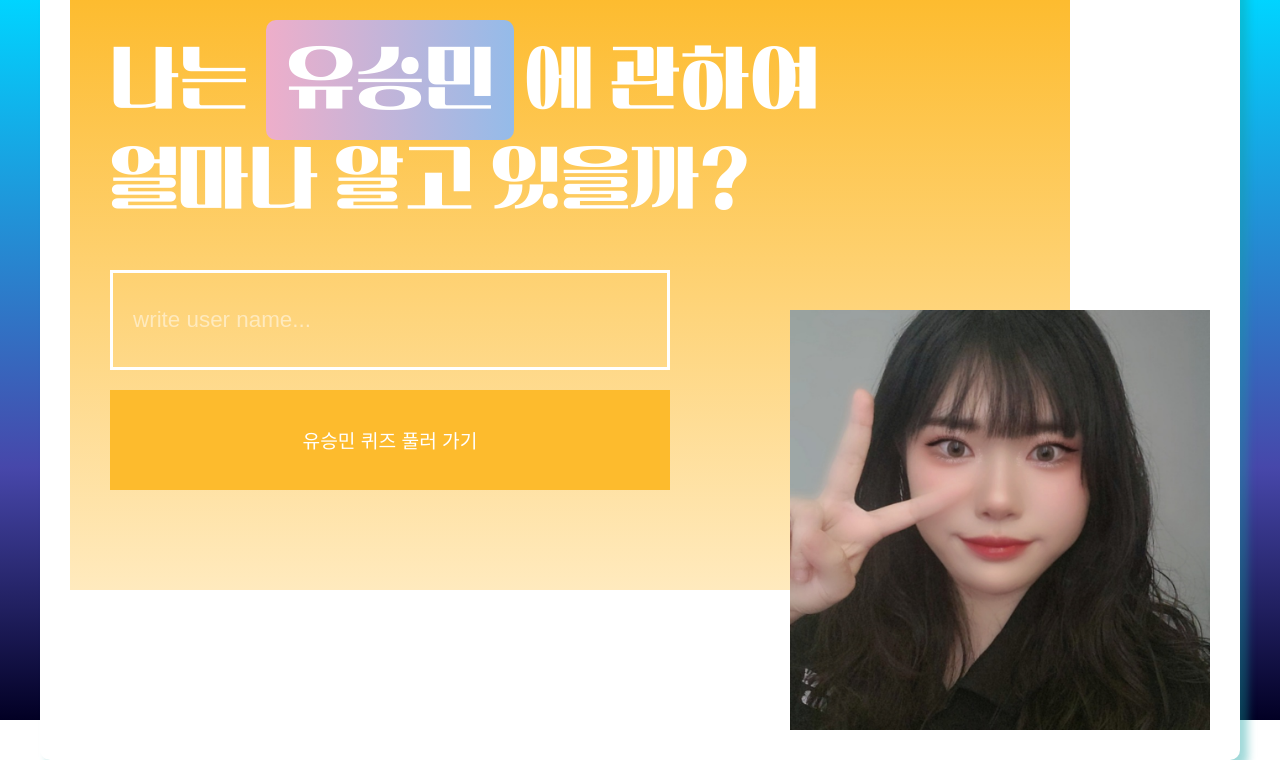
Repository: dnjfht/quiz3
Page: /
An editor plug-in stored every save of this project. The page is shown before and after the next save, followed by the edit.
The browser window is 1280 px wide. The pictures show the whole page.
The project was rebuilt for these pictures with package versions that can differ from the ones it lists, and the page was loaded fresh each time. Also part of the build but not shown: src/components/Progress.js, src/components/Quiz.js, src/components/Score.js, src/components/Message.js, src/components/Ranking.js, src/components/NotPage.js.

Above is the page before, as saved 2023-04-15 23:12:01.

### src/index.js
import React from "react";
import ReactDOM from "react-dom/client";
import "./index.css";
import App from "./App";
import reportWebVitals from "./reportWebVitals";
import { BrowserRouter } from "react-router-dom";
import { Provider } from "react-redux";
import store from "./redux/config/configStore";

const root = ReactDOM.createRoot(document.getElementById("root"));
root.render(
  <Provider store={store}>
    <BrowserRouter>
      <App />
    </BrowserRouter>
  </Provider>
);

// If you want to start measuring performance in your app, pass a function
// to log results (for example: reportWebVitals(console.log))
// or send to an analytics endpoint. Learn more: https://bit.ly/CRA-vitals
reportWebVitals();

### src/index.css
body {
  margin: 0;
  font-family: -apple-system, BlinkMacSystemFont, "Segoe UI", "Roboto", "Oxygen",
    "Ubuntu", "Cantarell", "Fira Sans", "Droid Sans", "Helvetica Neue",
    sans-serif;
  -webkit-font-smoothing: antialiased;
  -moz-osx-font-smoothing: grayscale;
}

code {
  font-family: source-code-pro, Menlo, Monaco, Consolas, "Courier New",
    monospace;
}

@font-face {
  font-family: "ddalgifont";
  src: url("./fonts/고령딸기체+TTF.ttf");
}

@font-face {
  font-family: "chabfont";
  src: url("./fonts/chab.ttf");
}

@font-face {
  font-family: "ddagfont";
  src: url("./fonts/ddag.ttf");
}

### src/App.js
import styled from "styled-components";
import Router from "./shared/Router";

const Wrap = styled.div`
  width: 100%;
  height: 100vh;
  background: rgb(2, 0, 36);
  background: linear-gradient(
    0deg,
    rgba(2, 0, 36, 1) 0%,
    rgba(71, 71, 170, 1) 35%,
    rgba(0, 212, 255, 1) 100%
  );

  position: relative;
`;

const ContentWrap = styled.div`
  width: 1200px;
  height: 800px;
  padding: 30px;
  box-sizing: border-box;
  background-color: white;
  border-radius: 10px;
  box-shadow: 8px 8px 8px rgba(21, 159, 161, 0.4);

  position: absolute;
  top: 50%;
  margin-top: -400px;
  left: 50%;
  margin-left: -600px;
`;

function App() {
  return (
    <Wrap>
      <ContentWrap>
        <Router />
      </ContentWrap>
    </Wrap>
  );
}

export default App;

### src/redux/config/configStore.js
import { combineReducers, createStore, applyMiddleware } from "redux";
import thunk from "redux-thunk";
import quiz from "../modules/quiz";
import rank from "../modules/rank";

const middlewares = [thunk];
// 미들웨어들도 하나로 묶어줘야 힘.

const rootReducer = combineReducers({
  quiz: quiz,
  rank: rank,
});

const enhancer = applyMiddleware(...middlewares);
// reducer 말고 옵셔널하게 추가하는 애들의 모음.
// 여기 미들웨어를 적용해 넣을 거임.

const store = createStore(rootReducer, enhancer);
export default store;

### src/shared/Router.js
import React from "react";
import { Routes, Route } from "react-router-dom";
import Start from "../components/Start";
import Quiz from "../components/Quiz";
import Score from "../components/Score";
import Message from "../components/Message";
import Ranking from "../components/Ranking";
import NotPage from "../components/NotPage";

export default function Router() {
  return (
    <>
      <Routes>
        <Route path="/" element={<Start />} />
        <Route path="/quiz" element={<Quiz />} />
        <Route path="/score" element={<Score />} />
        <Route path="/message" element={<Message />} />
        <Route path="/ranking" element={<Ranking />} />
        <Route path="*" element={<NotPage />} />
      </Routes>
    </>
  );
}

### src/redux/modules/quiz.js
// action value
const ADDUSERANSWER = "add_user_answer";
const RESETUSERANSWER = "reset_user_answer";

// action creator

export const AddUserAnswer = (payload) => {
  return {
    type: ADDUSERANSWER,
    payload: payload,
  };
};

export const ResetUserAnswer = (payload) => {
  return {
    type: RESETUSERANSWER,
    payload: payload,
  };
};

// initialState
const initialState = {
  name: "유승민",
  quiz_list: [
    {
      image: "assets/1.png",
      quiz: "승민의 mbti는 intj다?",
      answer: false,
    },
    {
      image: "assets/2.png",
      quiz: "승민은 공감을 잘해주는 사람을 좋아한다?",
      answer: true,
    },
    {
      image: "assets/3.png",
      quiz: "승민은 사람들이랑 대화하고 알아가는 것을 즐긴다?",
      answer: true,
    },
    {
      image: "assets/4.png",
      quiz: "승민은 자기개발하는걸 좋아한다?",
      answer: true,
    },
    {
      image: "assets/5.png",
      quiz: "승민의 관심있을 때 하는 행동은 선톡을 하는 것이다?",
      answer: true,
    },
    {
      image: "assets/6.png",
      quiz: "승민은 불같은 연애보다 서로 믿고 의지할 수 있는 연애를 선호한다?",
      answer: true,
    },
    {
      image: "assets/7.png",
      quiz: "승민은 계획을 세우고 차근차근 계획에 옮기는걸 선호한다?",
      answer: true,
    },
    {
      image: "assets/8.png",
      quiz: "승민은 놀이기구 타는 것을 좋아한다?",
      answer: false,
    },
    {
      image: "assets/9.png",
      quiz: "승민은 고1 때부터 흡연을 했다?",
      answer: false,
    },
    {
      image: "assets/10.png",
      quiz: "승민은 소개팅을 나간 적이 있다?",
      answer: false,
    },
    {
      image: "assets/11.png",
      quiz: "승민은 소개팅과 같은 인위적인 만남을 좋아한다?",
      answer: false,
    },
    {
      image: "assets/12.png",
      quiz: "승민은 연인과 갈등이 있을 때 대화로 푸는 것을 선호한다?",
      answer: true,
    },
    {
      image: "assets/13.png",
      quiz: "승민은 연애할 때 항상 상대방의 기분이 우선이다?",
      answer: true,
    },
    {
      image: "assets/14.png",
      quiz: "승민은 좋아하는 사람에게 선물주는 것을 좋아한다?",
      answer: true,
    },
    {
      image: "assets/15.png",
      quiz: "승민은 감수성이 풍부해서 슬픈 영화나 만화를 보고 잘 운다?",
      answer: true,
    },
    {
      image: "assets/16.png",
      quiz: "승민은 본래 무뚝뚝한 성격이다?",
      answer: true,
    },
    {
      image: "assets/17.png",
      quiz: "승민의 노래방 18번곡은 나비무덤이다?",
      answer: false,
    },
    {
      image: "assets/18.png",
      quiz: "승민은 핫플을 돌아다니면서 맛집 탐방을 하고 사진 찍는 데이트를 선호한다?",
      answer: true,
    },
    {
      image: "assets/19.png",
      quiz: "승민은 연애할 때 꽃이나 편지 받는걸 좋아한다?",
      answer: true,
    },
    {
      image: "assets/20.png",
      quiz: "승민은 번호를 따인 적이 있다?",
      answer: false,
    },
  ],
  user_answer: [],
  result_text: {
    40: "나랑 친하지 않은가보군?😑",
    60: "나랑 좀 더 친해져야겠다🙃",
    80: "내적 친밀감 80퍼센트!😎",
    100: "뭐야, 넌 내 소울메이트...!?💖",
  },
};

// reducer

const quiz = (state = initialState, action) => {
  switch (action.type) {
    case ADDUSERANSWER: {
      const newUserAnswer = [...state.user_answer, action.payload];
      return { ...state, user_answer: newUserAnswer };
    }
    case RESETUSERANSWER: {
      return { ...state, user_answer: [] };
    }
    default:
      return state;
  }
};

export default quiz;

### src/redux/modules/rank.js
import { db } from "../../firebase";
import {
  collection,
  getDocs,
  addDoc,
  doc,
  updateDoc,
  deleteDoc,
  getDoc,
} from "firebase/firestore";

// action value
const ADDUSERNAME = "add_user_name";
const GETRANK = "get_rank";
const ADDRANK = "add_rank";

// action creator
export const GetRank = (payload) => {
  return {
    type: GETRANK,
    payload: payload,
  };
};

export const AddUserName = (payload) => {
  return {
    type: ADDUSERNAME,
    payload: payload,
  };
};

export const AddRank = (payload) => {
  return {
    type: ADDRANK,
    payload: payload,
  };
};

export const loadQuizFB = () => {
  return async function (dispatch) {
    const quiz_data = await getDocs(collection(db, "quiz"));
    console.log(quiz_data);

    let quiz_list = [];

    quiz_data.forEach((doc) => {
      console.log(doc.data());
      quiz_list.push({ id: doc.id, ...doc.data() });
    });

    console.log(quiz_list);

    dispatch(GetRank(quiz_list));
  };
};

export const addQuizFB = (payload) => {
  return async function (dispatch) {
    const docRef = await addDoc(collection(db, "quiz"), payload);
    // const _quiz = await getDoc(docRef);
    // const quiz = { id: _quiz.id, ..._quiz.data() };
    // dispatch(AddRank(quiz));

    // 추가한 데이터 중 id를 가져와서 bucket_data 만들기.
    // const bucket_data = { id: docRef.id, ...payload };
    // // 마지막으로 액션 일으키기 (수정해달라고 요청)
    // dispatch(createWidget(bucket_data));
  };
};

// initialState
const initialState = {
  user_name: "",
  rank: [
    // { score: 100, name: "방가방가", comment: "다들 잘생겼다" },
    // { score: 40, name: "이하늘", comment: "너무 어려운데..." },
    // { score: 60, name: "오하요~!", comment: "잘 생긴 사람이 곧 이상형" },
  ],
};

// reducer
const rank = (state = initialState, action) => {
  switch (action.type) {
    case GETRANK: {
      console.log(action.payload);
      return { ...state, rank: action.payload };
    }
    case ADDUSERNAME: {
      return { ...state, user_name: action.payload };
    }
    case ADDRANK: {
      const new_rank_data = [...state.rank, action.payload];
      return { ...state, rank: new_rank_data };
    }
    default:
      return state;
  }
};
export default rank;

### src/components/Start.js
import React from "react";
import styled from "styled-components";
import { useRef } from "react";
import { useDispatch, useSelector } from "react-redux";
import { useNavigate } from "react-router-dom";
import { AddUserName } from "../redux/modules/rank";

const Wrap = styled.div`
  width: 100%;
  height: 100%;
`;

const Square = styled.div`
  width: 1000px;
  height: 600px;
  padding: 40px;
  box-sizing: border-box;
  background: rgb(255, 234, 190);
  background: linear-gradient(
    0deg,
    rgba(255, 234, 190, 1) 0%,
    rgba(253, 187, 45, 1) 100%
  );

  display: flex;
  flex-direction: column;
  align-items: flex-start;

  position: relative;
`;

const Title = styled.h3`
  margin: 0;

  font-family: "ddagfont";
  font-size: 4.6rem;
  font-weight: lighter;
  color: #fff;

  & > span {
    margin-right: 10px;
    padding: 10px 20px;
    background: rgb(238, 174, 202);
    background: linear-gradient(
      90deg,
      rgba(238, 174, 202, 1) 0%,
      rgba(148, 187, 233, 1) 100%
    );
    border-radius: 10px;
  }
`;

const ImgWrap = styled.img`
  width: 420px;
  height: 420px;

  position: absolute;
  bottom: -140px;
  right: -140px;
`;

const UserNameInput = styled.input`
  width: 560px;
  height: 100px;
  margin-top: 40px;
  padding: 20px;
  box-sizing: border-box;
  background-color: transparent;
  border: 3px solid #fff;

  color: white;
  font-size: 1.4rem;

  outline: none;

  &::placeholder {
    color: rgba(255, 255, 255, 0.5);
  }
`;

const Button = styled.button`
  width: 560px;
  height: 100px;
  margin-top: 20px;
  background-color: #fdbb2d;
  border: none;

  font-size: 1.2rem;
  color: white;

  transition: all 0.5s;

  &:hover {
    background-color: white;
    border: 3px solid #fdbb2d;

    color: #fdbb2d;
    font-weight: 400;

    cursor: pointer;
  }
`;

export default function Start() {
  const dispatch = useDispatch();
  const navigate = useNavigate();

  const name = "유승민";

  const randomNumber = Math.floor(Math.random() * 10) + 10;

  const userNameInputRef = useRef(null);

  const handleAddUserName = (event) => {
    event.preventDefault();

    dispatch(AddUserName(userNameInputRef.current.value));

    userNameInputRef.current.value = "";

    navigate("/quiz");
  };

  const quiz_list = useSelector((state) => state.quiz.quiz_list);

  return (
    <Wrap>
      <Square>
        <Title>
          나는 <span>{name}</span>에 관하여
          <br />
          얼마나 알고 있을까?
        </Title>

        <ImgWrap
          src={process.env.PUBLIC_URL + `${quiz_list[randomNumber].image}`}
        />

        <UserNameInput
          type="text"
          placeholder="write user name..."
          ref={userNameInputRef}
        />

        <Button onClick={handleAddUserName}>{`${name} 퀴즈 풀러 가기`}</Button>
      </Square>
    </Wrap>
  );
}

### src/firebase.js
// Import the functions you need from the SDKs you need
import { initializeApp } from "firebase/app";
import { getFirestore } from "firebase/firestore";
// TODO: Add SDKs for Firebase products that you want to use
// https://firebase.google.com/docs/web/setup#available-libraries

// Your web app's Firebase configuration
// For Firebase JS SDK v7.20.0 and later, measurementId is optional
const firebaseConfig = {
  apiKey: "AIzaSyAQCzx3TeRMhfQ14uI1xPuxKIeyOukr2zs",
  authDomain: "seungmin-s-quiz2.firebaseapp.com",
  projectId: "seungmin-s-quiz2",
  storageBucket: "seungmin-s-quiz2.appspot.com",
  messagingSenderId: "764474150624",
  appId: "1:764474150624:web:e3932df48db64f86c44a85",
  measurementId: "G-NK0EYYQQFF",
};

// Initialize Firebase
const app = initializeApp(firebaseConfig);
export const db = getFirestore(app);

Loaded but not shown: public/index.html (common file); src/reportWebVitals.js (common file)

After the next save:
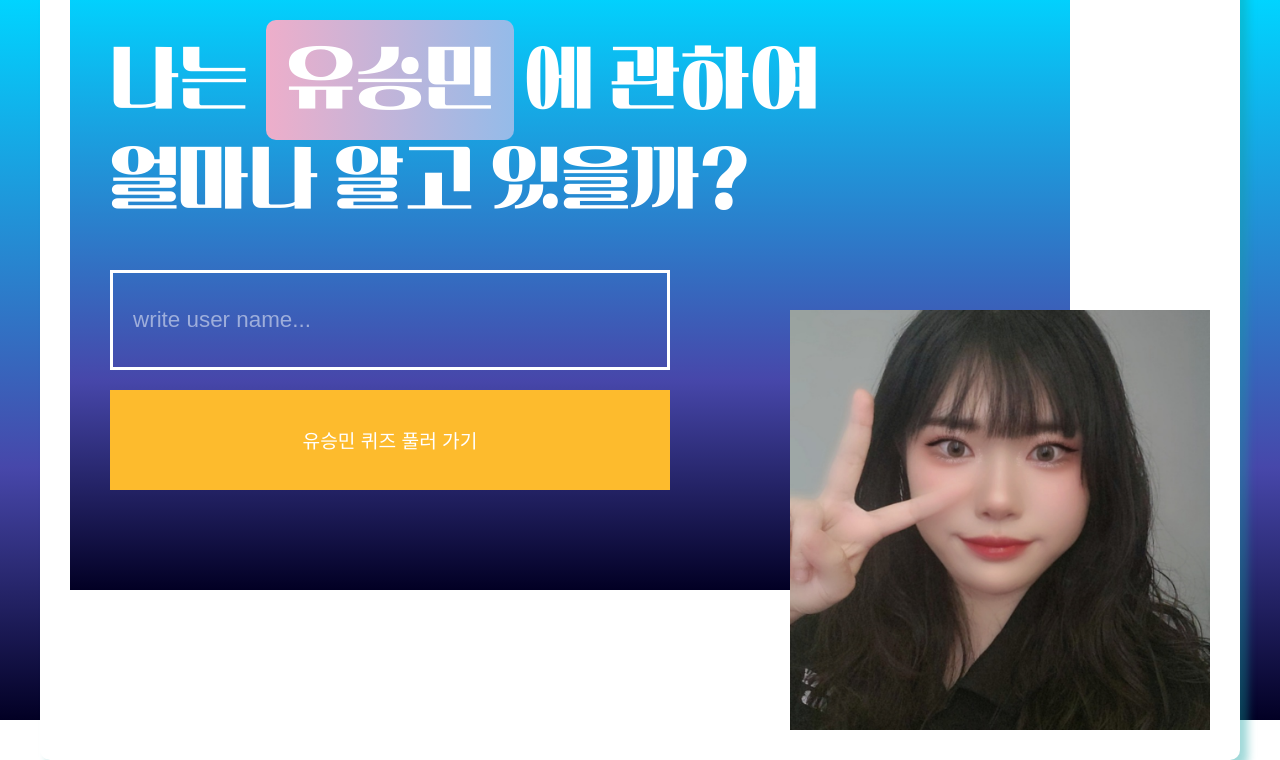
Saved 13 s later.
--- a/src/components/Start.js
+++ b/src/components/Start.js
@@ -15,13 +15,13 @@ const Square = styled.div`
   height: 600px;
   padding: 40px;
   box-sizing: border-box;
-  background: rgb(255, 234, 190);
+  background: rgb(2, 0, 36);
   background: linear-gradient(
     0deg,
-    rgba(255, 234, 190, 1) 0%,
-    rgba(253, 187, 45, 1) 100%
+    rgba(2, 0, 36, 1) 0%,
+    rgba(71, 71, 170, 1) 35%,
+    rgba(0, 212, 255, 1) 100%
   );
-
   display: flex;
   flex-direction: column;
   align-items: flex-start;
